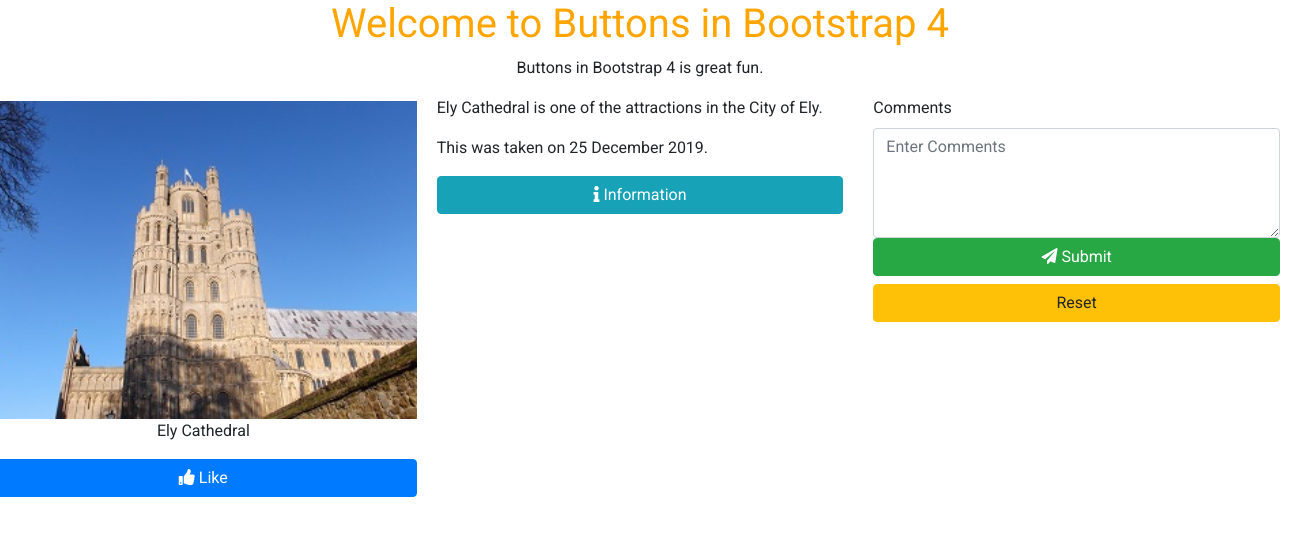
Repository: derektypist/buttons-in-bootstrap-4
Page: index.html
The author's editor kept a record of every edit. The page is drawn from the files as they stood at one moment, then again after the next edit.
The browser window is 1280 px wide. The page is 1295 px wide, so the pictures cover 1295 px, including what lies to the right of the window. The pictures show the whole page.
Some web libraries are served in a nearby version.

Above is the page before.

After the next edit:
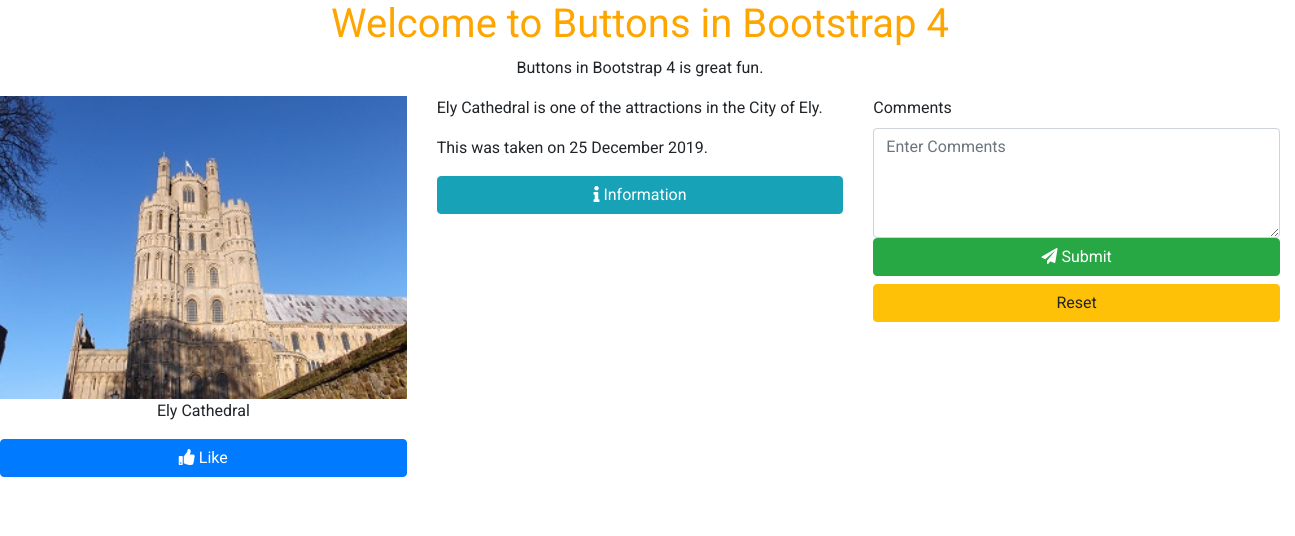
The edit:
--- a/index.html
+++ b/index.html
@@ -21,7 +21,7 @@
     <section>
         <!-- Set Up Article -->
         <article class="row">
-            <article class="col-sm-4 mypadding">
+            <article class="col-sm-4">
                 <!-- Display Image -->
                 <figure>
                     <img src="images/ely-cathedral.JPG" alt="Ely Cathedral" class="img-fluid">
